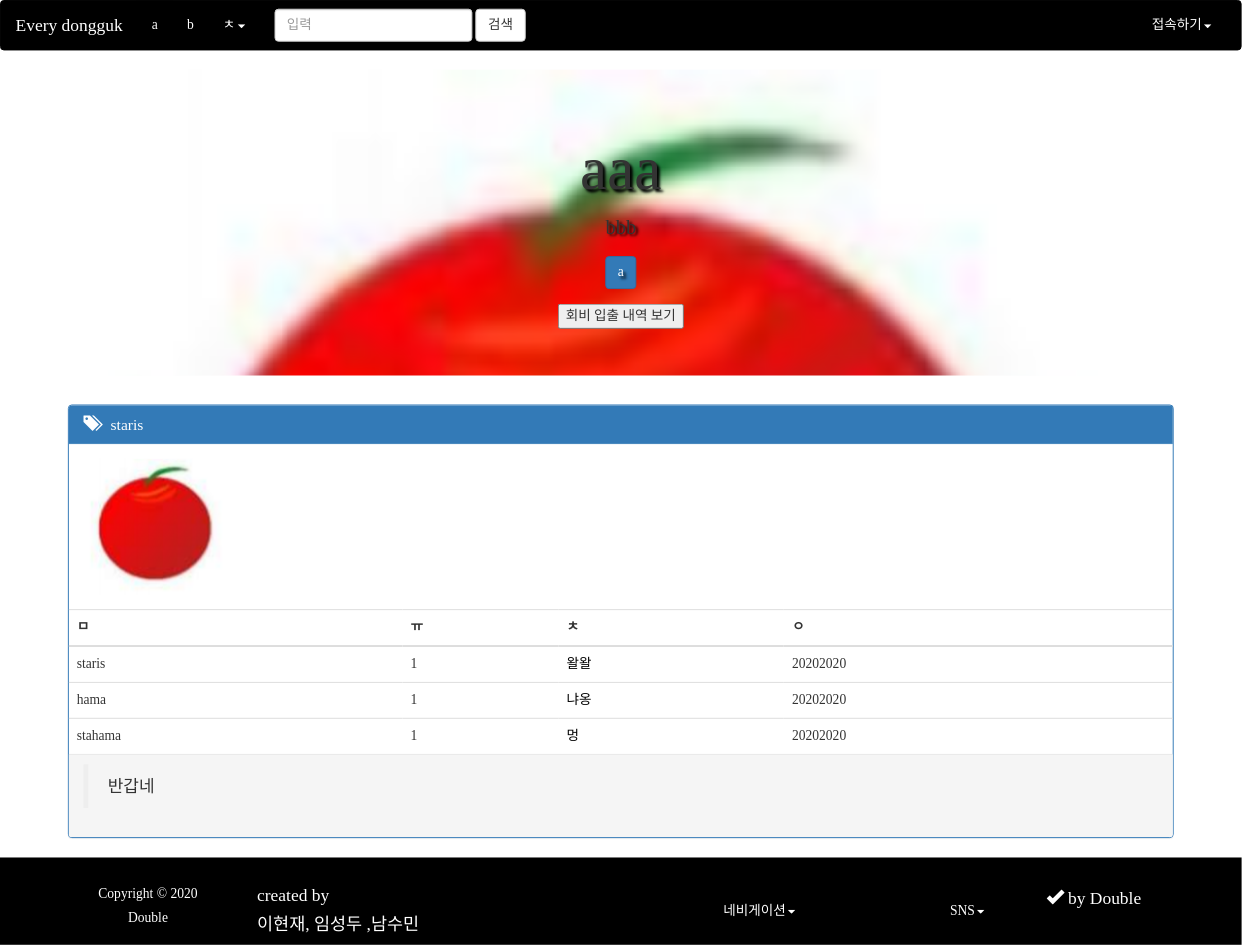
Repository: CSID-DGU/2020-1-ESCD-DOUBLE
Page: http://localhost/web/WEB-INF/views/template/index.jsp
An editor plug-in stored every save of this project. The page is shown before and after the next save, followed by the edit.
The browser window is 1280 px wide. The pictures show the whole page, at 97% of full size.
Some web fonts or font styles are not loaded; a fallback is used. Some web libraries are served in a nearby version. The page is served by Tomcat 9. Nobody is signed in. Other server files are loaded and not shown. The template is opened directly, without the code that normally fills it, so the values that code supplies are empty.

Above is the page before, as saved 2020-05-01 15:38:43.

### web/src/main/webapp/WEB-INF/views/template/index.jsp
<%@ page language="java" contentType="text/html; charset=EUC-KR"
    pageEncoding="EUC-KR"%>
<%@ taglib prefix="c" uri="http://java.sun.com/jsp/jstl/core"%>
<!DOCTYPE html>
<html>
<head>
<meta charset="EUC-KR">
<title>Insert title here</title>
<link rel="stylesheet" href="resources/css/bootstrap.css">
<link rel="stylesheet" href="resources/css/customize.css">
</head>
<body>
<script src="https://code.jquery.com/jquery-3.1.1.min.js"></script>
<script src="resources/js/bootstrap.js"></script>



<style type="text/css">

.jumbotron{
text-shadow:black 0.2em 0.2em 0.2em;
color:white;
background-image:url('images/apple.png');
background-size:cover;
}

</style>
<%@include file="header.jsp"%>
<div class="container">
	<div class="jumbotron" style='background-image:url("resources/images/apple.png")'>
	<c:if test="${Siscouncil=='1' }">

<h1 class="text-center">${bank.getBname() }</h1>
<p class="text-center">${bank.getBrest() }</p>
<center><button onclick="location='/web/purchase'">구매 내역 등록하기</button></center>




	</c:if>
	<c:if test="${Siscouncil=='0'|| empty Siscouncil }">
		<h1 class="text-center">aaa</h1>
		<p class="text-center">bbb</p>
		<p class="text-center"><a class="btn btn-primary bpt-lg" href="#" role="button">a </a></p>
		</c:if>

	<center><button onclick="location='/web/blistall'">회비 입출 내역 보기</button></center>

	</div>




</div>

<div class="container">
	<div class="row">
		<div class="col-xs-12">
		<div class="panel panel-primary">
		<div class="panel-heading">
			<h3 class="panel-title">
				<span class="glyphicon glyphicon-tags"></span>
				&nbsp;&nbsp;staris
			</h3>
		</div>
		<div class="panel-body">
			<div class="media">
				<div class="media-left">
					<a href="#">
						<img class="media-object" src="images/apple.png" alt="개발자 이미지">

					</a>
				</div>


			</div>
		</div>
		<table class="table">
			<thead>
			<tr>
				<th>ㅁ</th>
				<th>ㅠ</th>
				<th>ㅊ</th>
				<th>ㅇ</th>
			</tr>
			</thead>
			<tbody>
				<tr>
				<td>staris</td>
				<td>1</td>
				<td><a href="">왈왈</a></td>
				<td>20202020</td>
				</tr>
				<tr>
				<td>hama</td>
				<td>1</td>
				<td><a href="">냐옹</a></td>
				<td>20202020</td>
				</tr>
				<tr>
				<td>stahama</td>
				<td>1</td>
				<td><a href="">멍</a></td>
				<td>20202020</td>
				</tr>

			</tbody>
		</table>
			<div class="panel-footer">
					<blockquote>반갑네</blockquote>
			</div>

		</div></div>
	</div>
</div>


<%@include file="footer.jsp"%>

</body>
</html>

### web/src/main/webapp/WEB-INF/views/template/header.jsp
<%@ page language="java" contentType="text/html; charset=EUC-KR"
    pageEncoding="EUC-KR"%>
<!DOCTYPE html>
<html>
<head>
<meta charset="EUC-KR">
<title>Insert title here</title>
<link rel="stylesheet" href="resources/css/bootstrap.css">
<link rel="stylesheet" href="resources/css/customize.css">
</head>
<body>
<script src="https://code.jquery.com/jquery-3.1.1.min.js"></script>
<script src="resources/js/bootstrap.js"></script>
<%@taglib prefix= "c" uri= "http://java.sun.com/jsp/jstl/core" %>
<nav class="navbar navbar-default">
	<div class="container-fluid">

		<div class="navbar-header">
			<button type="button" class="navbar-toggle collapsed" data-toggle="collapse"
			data-target="#bs-example-navbar-collapse-1" aria-expanded="false"><!-- 크기를 줄였을때 나타나는 버튼 -->
				<span class="sr-only"></span>
				<span class="icon-bar"></span>
				<span class="icon-bar"></span>
				<span class="icon-bar"></span>
			</button>
			<a class="navbar-brand" href="index">Every dongguk</a>
		</div>

		<div class="collapse navbar-collapse" id="bs-example-navbar-collapse-1"><!-- 네비 중간 대부분을 차지함 -->
			<ul class="nav navbar-nav">
				<li class="active"><a href="a">a<span class="sr-only"></span></a></li>
				<li><a href="#">b</a></li>
				<li class="dropdown">
				<a href="#" class="dropdown-toggle" data-toggle="dropdown" role="button"
				aria-haspopup="true" aria-expanded="false">ㅊ<span class="caret"></span></a><!-- dropdown 연결이 어떤식인지는 모르겠지만 -->
					<ul class="dropdown-menu">
						<li><a href="#">냐옹</a></li>
						<li><a href="#">머멍</a></li>
						<li><a href="#">왈왈</a></li>
					</ul>
				</li>
			</ul>
			<form class="navbar-form navbar-left">
				<div class="form-group">
				<input type="text" class="form-control" placeholder="입력"></div>
				<button type="submit" class="btn btn-default">검색</button>
			</form>

			<ul class="nav navbar-nav navbar-right">
				<li class="dropdown">
					<a href="#" class="dropdown-toggle" data-toggle="dropdown" role="button"
					aria-haspopup="true" aria-expanded="false"><c:if test="${empty Sid }">접속하기</c:if><c:if test="${not empty Sid }">${Sid }</c:if><span class="caret"></span></a>
					<ul class="dropdown-menu">

					<c:choose>
					<c:when test="${empty Sid }">
						<li><a href="login_form">로그인</a></li>
						<li><a href="register_form">회원가입</a></li>
					</c:when>
					<c:otherwise>
						<li><a href="logout">로그아웃</a></li>
						<li><a href="mypage">마이페이지(${Sid})</a></li>
						</c:otherwise>
						</c:choose>

					</ul>

				</li>
			</ul>

		</div>
	</div>
</nav>



</body>
</html>

### web/src/main/webapp/WEB-INF/views/template/footer.jsp
<%@ page language="java" contentType="text/html; charset=EUC-KR"
    pageEncoding="EUC-KR"%>
<!DOCTYPE html>
<html>
<head>
<meta charset="EUC-KR">
<title>Insert title here</title>
<link rel="stylesheet" href="resources/css/bootstrap.css">
<link rel="stylesheet" href="resources/css/customize.css">
</head>
<body>
<script src="https://code.jquery.com/jquery-3.1.1.min.js"></script>
<script src="resources/js/bootstrap.js"></script>

<style type="text/css">
#footul ,#footul2{
color:white;}
#footul:hover ,#footul2:hover{

background-color:black;


}
#footul:focus,#footul2:hover{
background-color:black;}

</style>

<footer style="background-color: #000000;color:#ffffff">
	<div class="container">
		<br>
		<div class="row">
			<div class="col-sm-2" style="text-align: center;"><h5>Copyright &copy; 2020</h5><h5>Double </h5></div>
			<div class="col-sm-4"><h4>created by<h4><p>이현재, 임성두 ,남수민</p></div>
			<div class="col-sm-2"><h4 style="text-align:center;"></h4>

						<ul class="nav navbar-nav navbar-right">
				<li class="dropdown">
					<a href="#" class="dropdown-toggle" data-toggle="dropdown" role="button"
					aria-haspopup="true" aria-expanded="false" id="footul">네비게이션<span class="caret"></span></a>
					<ul class="dropdown-menu">
						<li><a href="#">냐옹</a></li>
						<li><a href="#">멍멍</a></li>
					</ul>

				</li>
			</ul>
			</div>
			<div class="col-sm-2"><h4 style="text-align:center;"></h4>



							<ul class="nav navbar-nav navbar-right">
				<li class="dropdown">
					<a href="#" class="dropdown-toggle" data-toggle="dropdown" role="button"
					aria-haspopup="true" aria-expanded="false" id="footul2">SNS<span class="caret"></span></a>
					<ul class="dropdown-menu">
						<li><a href="#">뭔가 개발자 이메일 보내기?</a></li>
						<li><a href="#">뭐 그런거...</a></li>
					</ul>

				</li>
			</ul>

			</div>
			<div class="col-sm-2"><h4 style="text-align:center;"><span class="glyphicon glyphicon-ok"></span>&nbsp;by Double</h4></div>
	</div>


</div>
</footer>


</body>
</html>

### web/src/main/webapp/resources/css/customize.css
@import url(http://fonts.googleapis.com/earlyaccess/nanumgothic.css);
*{font-family:'Nanum Gothic';}
a{
	color:#000000;
	text-decoration:none;
}
a:hover{
	color:#bbbbbb;
	text-decoration:none;
	cursor:pointer;
}
.navbar-default{/*까만색!*/
	background-color:#000000;
	border-color:#000000;
}
.navbar-default .navbar-brand{
	color:#ffffff;/*하얀색!*/
}
.navbar-default .navbar-brand:hover,
.navbar-default .navbar-brand:focus{
	background-color:transparent;
	color:#bbbbbb;
}
.navbar-default .navbar-nav> .active>a,
.navbar-default .navbar-nav> .active>a:hover,
.navbar-default .navbar-nav> .active>a:focus{
	color:white;
	background-color:#000000;
}
.navbar-default .navbar-nav> li>a:hover,
.navbar-default .navbar-nav> li>a:focus{
	color:#bbbbbb;
}
.navbar-default .navbar-nav> .open>a,
.navbar-default .navbar-nav> .open>a:hover,
.navbar-default .navbar-nav> .open>a:focus{
	color:#000000;
	background-color:#ffffff;
	text-decoration:none;
}
.navbar-default .navbar-nav>li>a{
	color:white;
}
@media(max-width:767px){
	.navbar-default .navbar-nav .open .dropdown-menu>li>a{
	color:#ffffff;}
	.navbar-default .navbar-nav .open .dropdown-menu>li>a:hover,
	.navbar-default .navbar-nav .open .dropdown-menu>li>a:focus{
	color:#bbbbbb;}

}

Loaded but not shown: web/src/main/webapp/resources/css/bootstrap.css (library); web/src/main/webapp/resources/js/bootstrap.js (library)

After the next save:
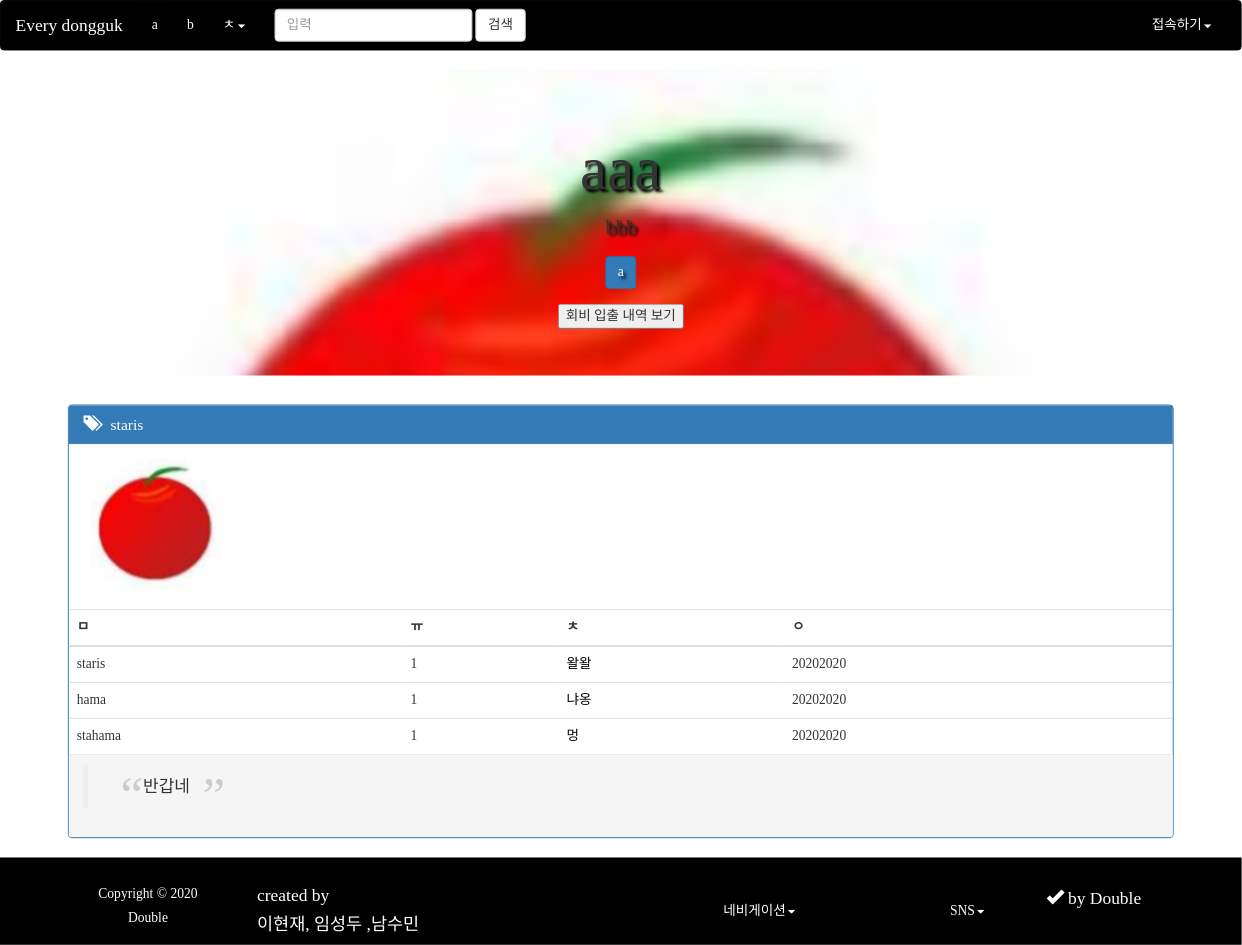
Saved 20 s later.
--- a/web/src/main/webapp/WEB-INF/views/template/index.jsp
+++ b/web/src/main/webapp/WEB-INF/views/template/index.jsp
@@ -24,6 +24,33 @@ background-image:url('images/apple.png');
 background-size:cover;
 }
 
+<style type="text/css">
+blockquote{
+background:#f9f9f9;
+border-left:10px solid #cccccc;
+margin: 1.5em 10px;
+padding: 0.5em 10px;
+quotes: "\201C""\201D""\2018""\2019"
+}
+blockquote:before{
+color:#cccccc;
+content:open-quote;
+font-size:3em;
+line-height:0.1em;
+margin-left:0.25em;
+vertical-align:-0.4em;
+}
+blockquote:after{
+color:#cccccc;
+content:close-quote;
+font-size:3em;
+line-height:0.1em;
+margin-left:0.25em;
+vertical-align:-0.4em;
+}
+
+
+</style>
 </style>
 <%@include file="header.jsp"%>
 <div class="container">
